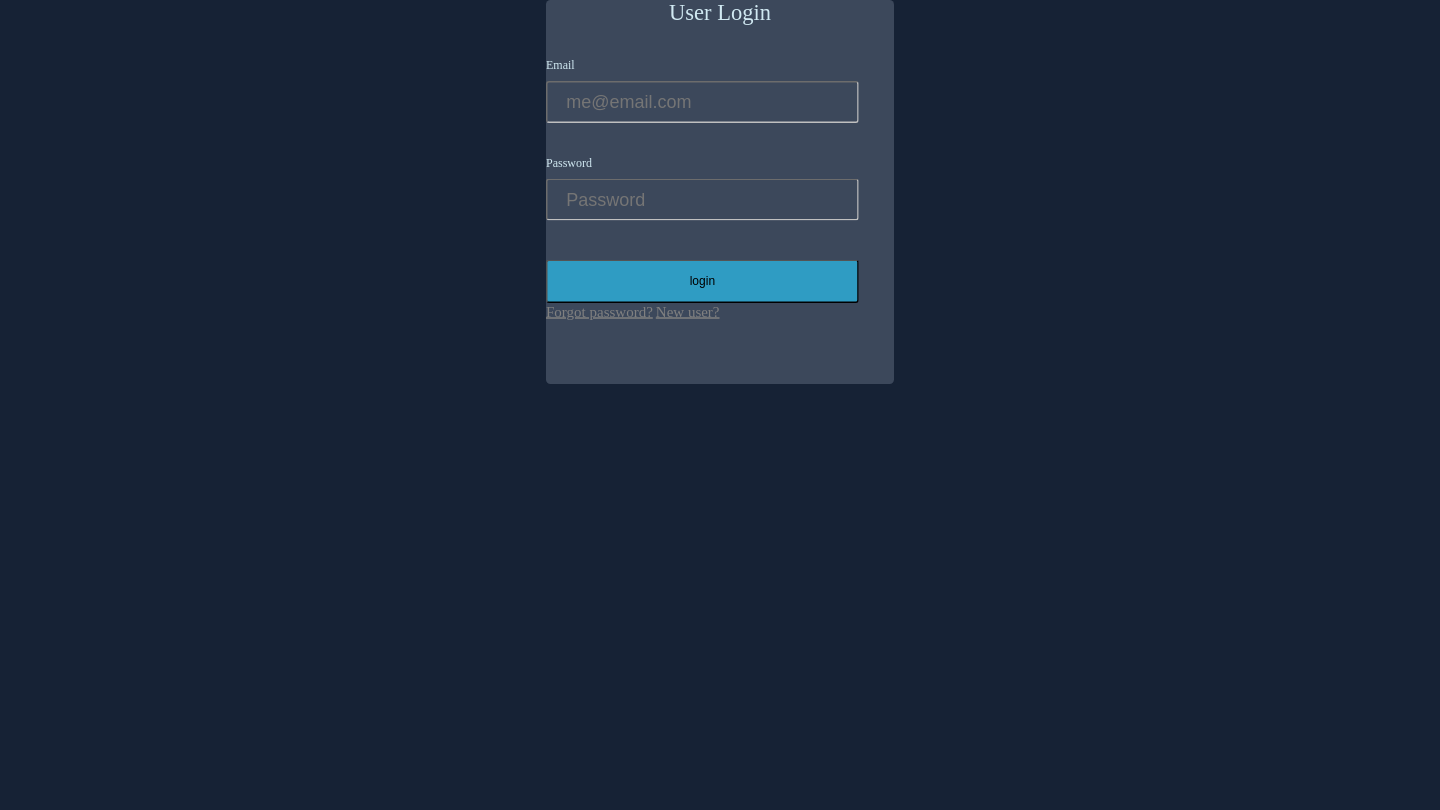
Repository: leystra019/nea
Page: html/user login.html
The author's editor kept a copy of each file at every save. The page is drawn from the files as they stood at one save, then again after the next save.
The browser window is 1280 px wide. The page is 1920 px wide, so the pictures cover 1920 px, including what lies to the right of the window. The pictures show the whole page, at 75% of full size.

Above is the page before, as saved 2022-12-12 11:32:43.

After the next save:
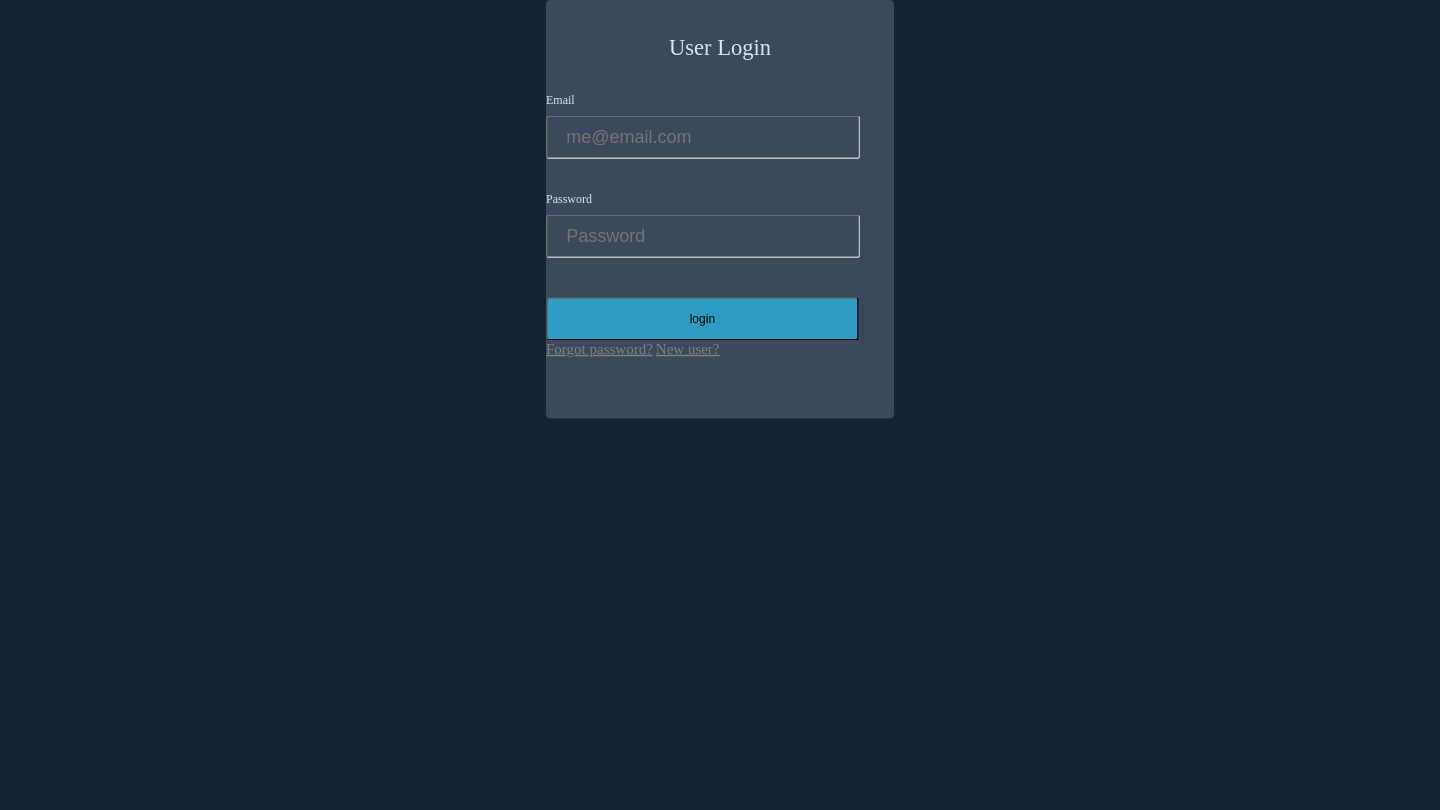
Saved 49 s later.
--- a/css/login.css
+++ b/css/login.css
@@ -1,6 +1,5 @@
 * {
     margin: 0px !important;
-    padding: 0px !important;
 
 
   }
